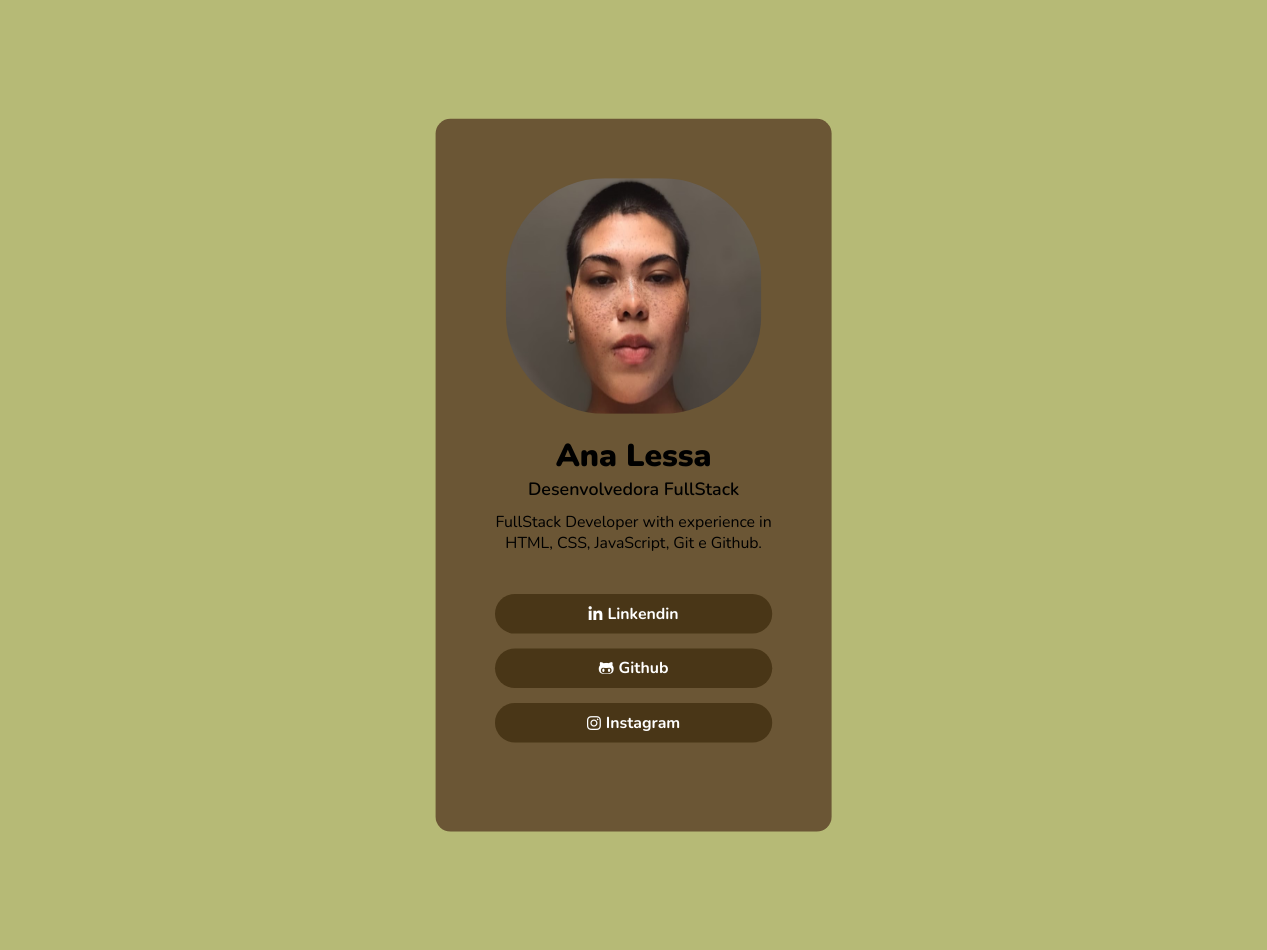
Repository: analessp/linktree
Page: index.html
An editor plug-in stored every save of this project. The page is shown before and after the next save, followed by the edit.
The browser window is 1280 px wide. The pictures show the whole page, at 99% of full size.

Above is the page before, as saved 2025-04-11 11:14:00.

After the next save:
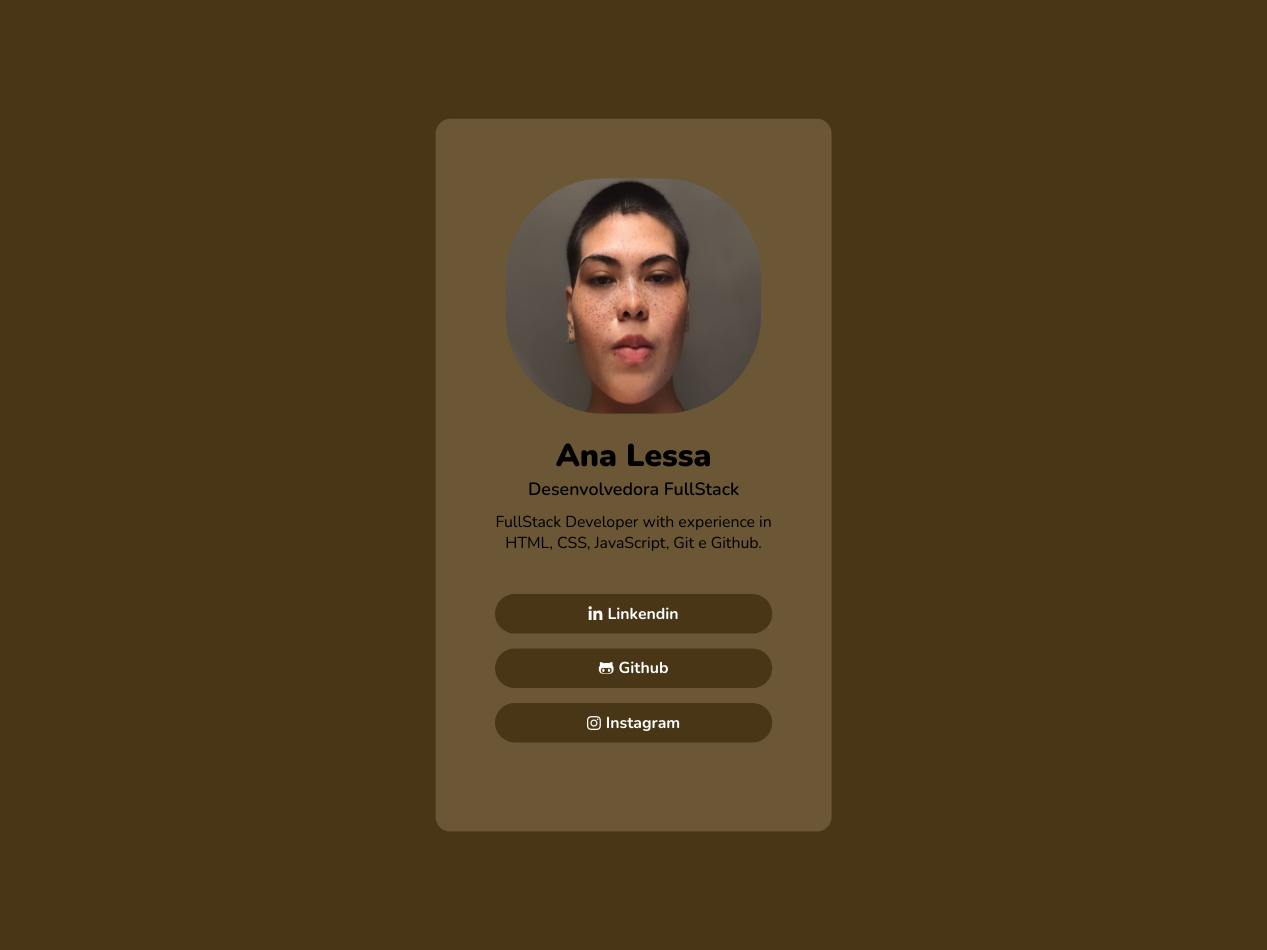
Saved 25 s later.
--- a/style.css
+++ b/style.css
@@ -6,7 +6,7 @@
 }
 
 body {
-    background-color: #b6ba76;
+    background-color: #493617;
 }
 
 .container-main {
